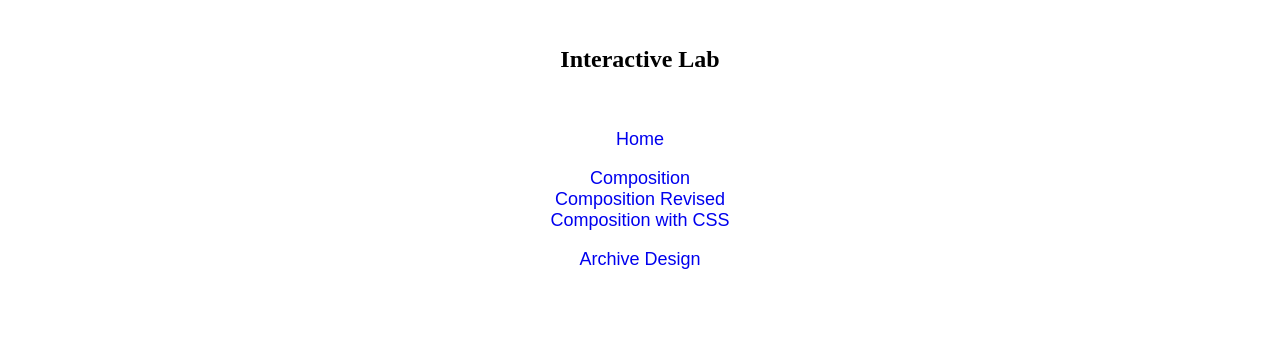
Repository: parkh899/parkh899.github.io
Page: lab/index.html
The author's editor kept a record of every edit. The page is drawn from the files as they stood at one moment, then again after the next edit.
The browser window is 1280 px wide. The pictures show the whole page.

Above is the page before.

After the next edit:
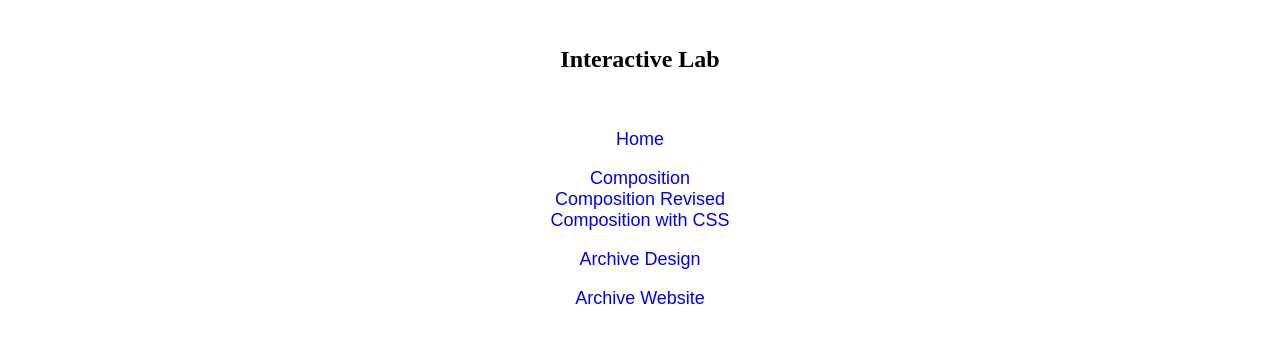
The edit:
--- a/lab/index.html
+++ b/lab/index.html
@@ -31,8 +31,9 @@
             <a href= "../index.html">Home</a><br/><br/>
             <a href= "composition.html">Composition</a><br/>
             <a href= "composition2.html">Composition Revised</a><br/>
-            <a href= "composition3.html">Composition with CSS</a><br/><br>
-             <a href= "archive_design.pdf">Archive Design</a><br/>
+            <a href= "composition3.html">Composition with CSS</a><br/><br/>
+            <a href= "archive_design.pdf">Archive Design</a><br/><br/>
+            <a href= "archive/archive.html">Archive Website</a>
 
         </center>
     </body>
